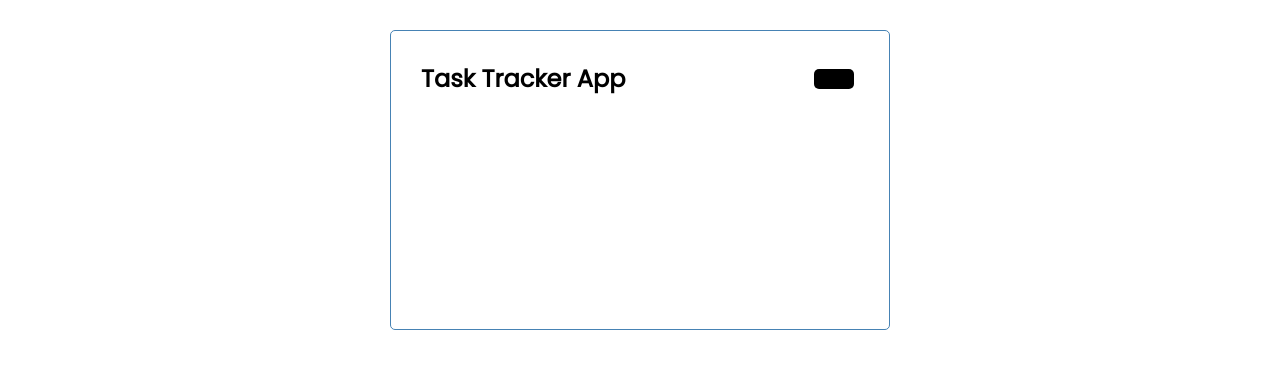
Repository: feyroozecode/task_tracker
Page: /
An editor plug-in stored every save of this project. The page is shown before and after the next save, followed by the edit.
The browser window is 1280 px wide. The pictures show the whole page.
The project was rebuilt for these pictures with package versions that can differ from the ones it lists, and the page was loaded fresh each time.

Above is the page before, as saved 2023-10-19 16:52:10.

After the next save:
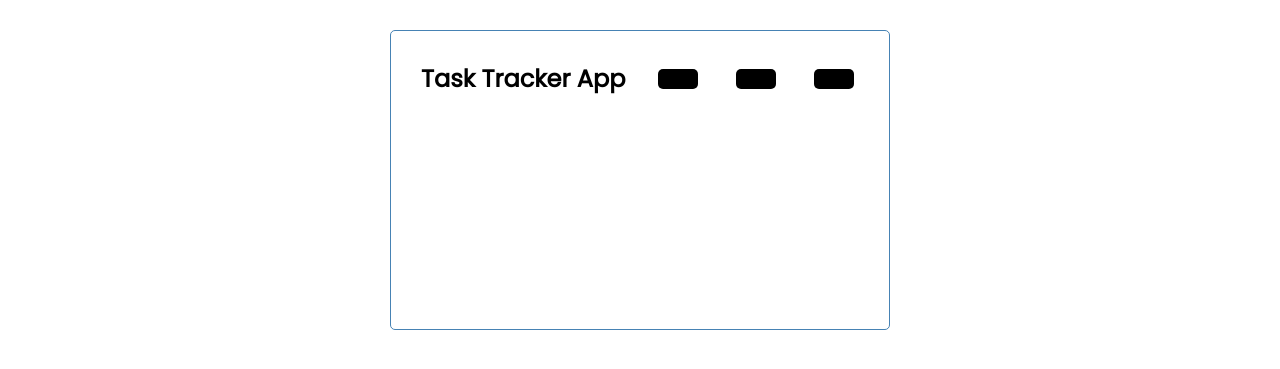
Saved 5 s later.
--- a/src/components/Header.js
+++ b/src/components/Header.js
@@ -5,6 +5,8 @@
     return (
         <header className='header'>
             <h2 > { title } </h2>
+            <AddButton color='green' />
+            <AddButton color='green' />
             <AddButton color='green' />
         </header>
     )

After the 2 saves that followed:
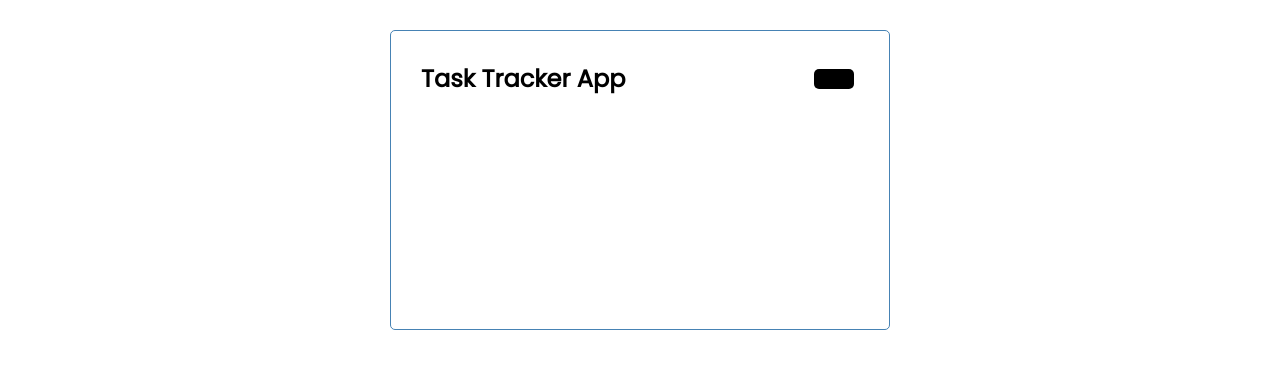
The 2 saves are shown as one change because they came seconds apart.
The last was saved 9 s later.
--- a/src/components/Header.js
+++ b/src/components/Header.js
@@ -5,9 +5,7 @@
     return (
         <header className='header'>
             <h2 > { title } </h2>
-            <AddButton color='green' />
-            <AddButton color='green' />
-            <AddButton color='green' />
+            <AddButton color='green' text />
         </header>
     )
 }
